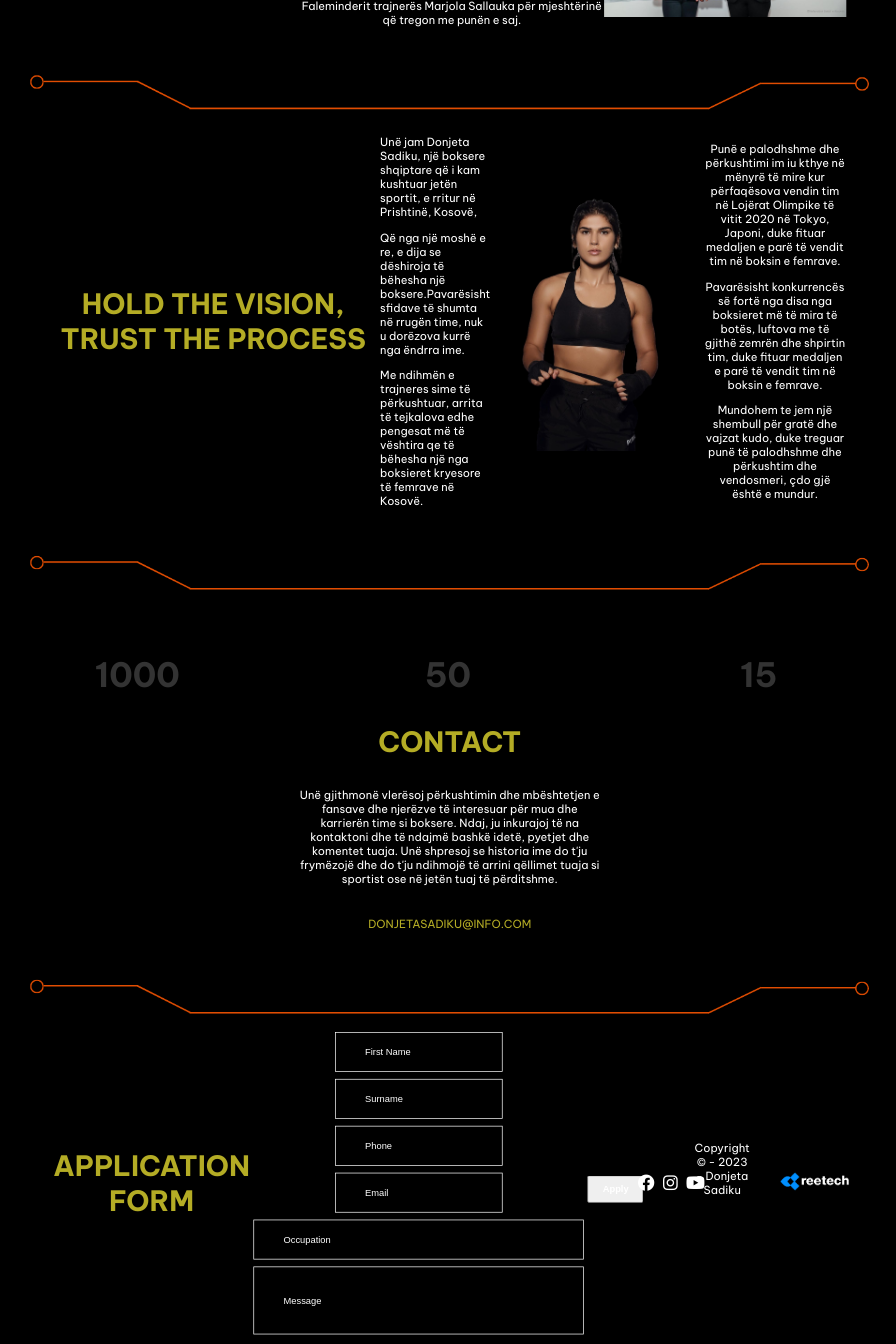
Repository: milot-morina/ds-boxing
Page: DS-Portfolio/index.html
The author's editor kept a copy of each file at every save. The page is drawn from the files as they stood at one save, then again after the next save.
The browser window is 1280 px wide. The pictures show the part of the page from y = 1635 to 3555 px (the page is 3555 px tall before and 3544 px after), at 70% of full size.
A picture or video elsewhere on the page could not be fetched, so the positions and the page height are approximate.

Above is the page before, as saved 2023-03-21 08:44:18.

### DS-Portfolio/index.html
<!DOCTYPE html>
<html lang="en">
<head>
  <meta charset="UTF-8">
  <meta http-equiv="X-UA-Compatible" content="IE=edge">
  <meta name="viewport" content="width=device-width, initial-scale=1.0">
  <title>Donjeta Sadiku</title>
  <link rel="stylesheet" href="style.css">
  <link rel="stylesheet" href="https://cdnjs.cloudflare.com/ajax/libs/font-awesome/6.0.0-beta2/css/all.min.css" integrity="sha512-YWzhKL2whUzgiheMoBFwW8CKV4qpHQAEuvilg9FAn5VJUDwKZZxkJNuGM4XkWuk94WCrrwslk8yWNGmY1EduTA==" crossorigin="anonymous" referrerpolicy="no-referrer" />
  <link rel="icon" href="logofinal.png" type="image/icon type" style="width: 100%;">
  <link href="https://fonts.googleapis.com/css2?family=Be+Vietnam+Pro:wght@400;500;700&display=swap" rel="stylesheet">
</head>
<body>

  <section class="section1" id="home">
    <video muted autoplay loop style="pointer-events: none;">
      <source src="DS-Glitch.mp4" type="video/mp4">
    </video>
    <header class="hidden3">
      <div class="container">
        <nav class="navbar">
          <div class="brand-title">
            <img src="unitetiLogoFinal.png" alt="" width="130px">
          </div>
          <a href="#" class="toggle-button">
            <span class="bar"></span>
            <span class="bar"></span>
            <span class="bar"></span>
          </a>
          <div class="navbar-links">
            <ul>
              <li><a href="#home" class="home-btn">HOME</a></li>
              <li><a href="#club" class="header-club">CLUB</a></li>
              <li><a href="#contact" class="header-link a">CONTACT</a></li>
              <li><a href="#form" class="header-link a">FORM</a></li>
            </ul>
            <div class="socials">
            <i class="fa-brands fa-facebook"><a href="https://www.youtube.com/watch?v=dQw4w9WgXcQ"></a></i>
            <i class="fa-brands fa-instagram"></i>
            <i class="fa-brands fa-youtube"></i>
            <i class="fa-brands fa-app-store-ios"></i>
          </div>
          </div>

        </nav>
      </div>
    </header>
  </section>


  <img src="separator2.png" alt="" width="100%" style="margin-top: 40px;" class="first-seperator">


  <section class="section2 container row" id="club">

    <div class="images hidden2">
      <img src="handsUp.jpg" alt="">
    </div>
    <div class="text hidden">
      <p class="section-h hidden3">HISTORIA SHKRUHET!</p>
      <p class="section2-p hidden3">Nuk ka fjalë për t'u shprehur se sa krenare isha për të përfaqësuar vendin tim në skenën dhe për të marrë medalje ne kete nivel. Ishte një ndjenjë e mrekullueshme të përfaqësosh vendin tënd dhe të ndjehesh si një ambasador i saj në arenën nderkombetare.</p>
      <p class="section2-p hidden3">Në çdo moment të kësaj përvojeje, isha e mbuluar nga emocionet për rëndësinë që kjo ngjarje kishte për popullin tim dhe për boksierët shqiptarë. Nuk ishte thjesht një fitore personale, por ishte një fitore që përfaqësoi përparimin e boksi shqiptar dhe mundësinë e një të ardhme të ndritshme për sportin në vendin tonë.</p>
      <p class="section2-p hidden3">Kur mora medaljen olimpike, ndjeva një ndjenjë të thellë krenarie dhe një ndjesi të vërtetë prej triumfi. Ishte si të isha i gjithë vendlindja ime, duke festuar këtë arritje të madhe me mua. Nuk mund të mendoja për ndonjë gjë më të rëndësishme në atë moment, dhe do të mbaj gjithmonë këtë kujtim në zemrën time.</p>

    </div>

  </section>

  <img src="separator2.png" alt="" width="100%" style="margin-top: 30px;">


  <section class="section3 container">
    <p class="section-h">MEDALJET FLASIN VET!</p>
   <div class="row">
    <div class="text hidden2">
      <p>Viti me i suksesshem ne karrieren time . Solla dy medalje nje evropiane e një botërore. Dëshmova që une Donjeta Sadiku nuk dorërzohem asnjëher përkundrazi nuk kam dyshuar asnjëherë në veten time, mirpo tani po ndihem e kompletuar nën udhëheqjen e trajneres time Marjola Sallauka .</p>
      <p>Tash e tutje luftoj vetëm për medalje Olimpike. Unë besoj në vetën time dhe ju premtoj që me përkrahjen tuaj unë do ti realizoj këto synime . Faleminderit për përkrahje familjes time, Federatës së Boksit. Faleminderit trajnerës Marjola Sallauka për mjeshtërinë që tregon me punën e saj.</p>
    </div>
    <div class="images hidden">
      <img src="DplusMar.jpg" alt="" style="max-width: 640px;">
    </div>
   </div>

  </section>








  <img src="separator2.png" alt="" width="100%" style="margin-top: 30px;">




  <section class="section4 container" id="nft">
    <p class="section-h hidden3">HOLD THE VISION, TRUST THE PROCESS</p>
    <div class="row">
      <div class="text hidden2" style="text-align: left">
        <p>Unë jam Donjeta Sadiku, një boksere shqiptare që i kam kushtuar jetën sportit, e rritur në Prishtinë, Kosovë,
        </p>
        <p>Që nga një moshë e re, e dija se dëshiroja të bëhesha një boksere.Pavarësisht sfidave të shumta në rrugën time, nuk u dorëzova kurrë nga ëndrra ime.
        </p>
        <p>Me ndihmën e trajneres sime të përkushtuar, arrita të tejkalova edhe pengesat më të vështira qe të bëhesha një nga boksieret kryesore të femrave në Kosovë.</p>
      </div>
      <div class="hidden3">
        <div class="column">
          <img src="profilePic.png" alt="" style="width: 300px;">
          <!-- <img src="shadow.png" alt="" style="width: 300px;"> -->
        </div>
      </div>
      <div class="text hidden">
        <p>Punë e palodhshme dhe përkushtimi im iu kthye në mënyrë të mire kur përfaqësova vendin tim në Lojërat Olimpike të vitit 2020 në Tokyo, Japoni, duke fituar medaljen e parë të vendit tim në boksin e femrave.</p>
        <p>Pavarësisht konkurrencës së fortë nga disa nga boksieret më të mira të botës, luftova me të gjithë zemrën dhe shpirtin tim, duke fituar medaljen e parë të vendit tim në boksin e femrave.
        </p>
        <p>
          Mundohem te jem një shembull për gratë dhe vajzat kudo, duke treguar punë të palodhshme dhe përkushtim dhe vendosmeri, çdo gjë është e mundur.
        </p>
      </div>
    </div>

  </section>

  <img src="separator2.png" alt="" width="100%" style="margin-top: 30px;">

  <section class="section4 container" id="nft">
    <div>
      <h2>Projects Completed:</h2>
      <div class="number-counter" data-count="1000">0</div>
    </div>
    <div>
      <h2>Number of Employees:</h2>
      <div class="number-counter" data-count="50">0</div>
    </div>
    <div>
      <h2>Years of Experience:</h2>
      <div class="number-counter" data-count="15">0</div>
    </div>
  </section>


  <section class="section5 container" id="contact">
    <div class="text">
      <p class="section-h">CONTACT</p>
      <p>Unë gjithmonë vlerësoj përkushtimin dhe mbështetjen e fansave dhe njerëzve të interesuar për mua dhe karrierën time si boksere. Ndaj, ju inkurajoj të na kontaktoni dhe të ndajmë bashkë idetë, pyetjet dhe komentet tuaja. Unë shpresoj se historia ime do t'ju frymëzojë dhe do t'ju ndihmojë të arrini qëllimet tuaja si sportist ose në jetën tuaj të përditshme.</p>
      <p style="color: #B4AC25; margin-top: 45px;">DONJETASADIKU@INFO.COM</p>
    </div>
  </section>






 <img src="separator2.png" alt="" width="100%" style="margin-top: 30px;">

  <section class="section6 container" id="form">
    <div class="text">
      <p class="section-h">APPLICATION FORM</p>
    </div>
    <form action="#">
      <div class="form-row">
        <input type="text" placeholder="First Name">
        <input type="text"placeholder="Surname">
      </div>
      <div class="form-row">
        <input type="text" placeholder="Phone">
        <input type="email" placeholder="Email">
      </div>
      <div class="long-inputs-form">
        <input type="text" placeholder="Occupation"><br>
        <input type="text" placeholder="Message" style="padding-block: 40px;">
      </div>
    </form>
    <button class="home-btn">Apply</button>
    <div class="socials" style="margin-block: 40px;">
      <a href="https://www.facebook.com/your-page"><i class="fa-brands fa-facebook"></i></a>
      <a href="https://www.instagram.com/donjetasadikuofficial/"><i class="fa-brands fa-instagram"></i></a>
      <a href="https://www.youtube.com/channel/your-channel"><i class="fa-brands fa-youtube"></i></a>
      <!-- <a href="https://apps.apple.com/your-app"><i class="fa-brands fa-app-store-ios"></i></a> -->
    </div>


    <div class="text" style="margin-bottom: 40px;">
      <p>Copyright © - 2023 - Donjeta Sadiku </p>
    </div>


    <div style="background-color: rgba(0, 0, 0, 0.2); display: flex; justify-content: center; align-items: center;">
      <a class="navbar-brand" href="https://www.reetech.ch/">
        <img src="reetech.png" width="185" height="105" class="d-inline-block align-top" alt="">
      </a>
    </div>

  </section>




  <script src="script.js"></script>
</body>
</html>

### DS-Portfolio/style.css
html {
  scroll-behavior: smooth;
  transition: 2s;
  overflow-x: hidden;
}

body {
  text-align: center;
  overflow-x: hidden;
  font-family: 'Be Vietnam Pro', sans-serif;
}

/* header----*/
section {
  display: flex;
  justify-content: space-between;
  align-items: center;
}

.number-counter {
  font-size: 3rem;
  font-weight: bold;
  color: #333;
}





header {
  background-color: transparent;
  width: 100%;
  position: absolute;
  top: 0;
  left: 0;

  z-index: 100;
}


.navbar {
  display: flex;
  flex-direction: column;
  justify-content: space-between;
  align-items: flex-start;
  color: black;
}



.navbar-links {
  width: 100%;
  display: none;
}

.navbar-links ul {
  margin: 0;
  padding: 0;
  display: flex;
  flex-direction: column;
  width: 100%;
  text-align: center;
}

.navbar-links li {
  list-style: none;
  font-size: 15px;

}

.navbar-links li a {
  text-decoration: none;
  color: white;

  display: block;
}


.toggle-button {
  position: absolute;
  top: .75rem;
  right: 1rem;
  display: flex;
  flex-direction: column;
  justify-content: space-between;
  width: 31px;
  height: 21px;
}

.bar {
  width: 100%;
  height: 3px;
  background-color: white;
  border-radius: 10px;
}

.navbar-links.active {
  display: flex;
  flex-direction: column;
  background-color: transparent;
}

i {
  color: white;
}

i:hover {
  color: #B4AC25;
  cursor: pointer;
}



video {
  width: 100%;
  position: relative;
  height: auto;
  pointer-events: none;
  display: none;
}



.socials {
  width: 47%;
  display: block;
  margin: 5px auto;
  text-align: center;
}

i {
  margin-left: 12px;
  font-size: 24px;
}


.header-club {
  color: white;
  padding-inline: 10px;
  margin-top: 5px;
  max-width: 80px;
  display: block;
  margin-inline: auto;
  font-weight: 700;
}


.header-club:hover {
  color: white;
  border-color: #B4AC25;

}

.home-btn {
  color: white;
  padding-inline: 10px;
  margin-top: 5px;
  max-width: 80px;
  display: block;
  margin-inline: auto;
  font-weight: 700;
}

.home-btn:hover {
  color: white;
  border-color: white;
  background-color: transparent;
  cursor: pointer;
}


.header-link {
  color: white;
  padding-inline: 10px;
  margin-top: 5px;
  max-width: 80px;
  display: block;
  margin-inline: auto;
  font-weight: 700;
}

.header-link:hover {
  color: #B4AC25;
}

a {
  position: relative;
}

a::after {
  content: " ";
  position: absolute;
  background-color: #B4AC25;
  height: 3px;
  width: 0;
  left: 0;
  bottom: -10px;
  transition: 0.3s;
}

a:hover::after {
  width: 100%;
}





/*---------------header-----------*/




/*---------------------- collapsible table ------------------------*/

.main-collapsible {
  background-color: transparent;
  color: black;
  width: 100%;
  margin-inline: auto;
  margin-block: 120px 40px;
}



.container-collapsible {
  width: 100%;
  margin: 0 auto;
  display: flex;
  flex-direction: column;
  align-items: center;
}


hr {
  background-color: white;
  width: 90%;
  display: block;
  margin-inline: auto;
}



.collapsible-button {
  background-color: rgb(24, 24, 24);
  color: gray;
  cursor: pointer;
  padding: 5px;
  width: 93%;
  border-bottom: 1px solid white;
  display: flex;
  align-items: center;
  justify-content: space-between;
  text-align: left;
  outline: none;
  font-size: 15px;
  border: none;
}





.button-name-collapsible {
  color: white;
  text-align: left;
  outline: none;
  font-size: 16px;

}


.button-name-collapsible:hover {
  color: #B4AC25;
}



.collapsible-button:after {
  content: '\002B';
  color: white;
  font-weight: bold;
  float: right;
  margin-left: 5px;
  font-size: 24px;
}

.collapsible-button:hover::after{
  color: #B4AC25;
}

.active:after {
  content: "\2212";
}

.content {
  width: 93%;
  max-height: 0;
  overflow: hidden;
  transition: max-height 0.2s ease-out;
  background-color:  rgb(24, 24, 24);
  color: white;
  margin-bottom: 10px;
}

/*---------------------- collapsible table ------------------------*/



/*----------animations------------*/

.hidden {
  opacity: 0;
  filter: blur(2px);
  transform: translateX(60%);
  transition: all 700ms;
}


.hidden2 {
  opacity: 0;
  filter: blur(2px);
  transform: translateX(-60%);
  transition: all 700ms;
}

.hidden3 {
  opacity: 0;
  filter: blur(2px);
  transform: translateY(-5%);
  transition: all .7s;
}



.show {
  opacity: 1;
  filter: blur(0);
  transform: translateX(0);
}


@media(prefers-reduced-motion) {
  .hidden {
    transition: none;
  }
}

/*--------------animations------------------*/


/*---------main---------------*/

body {
  background-color: black;

}


.container {
  width: 90%;
  margin: 0 auto;
}



.first-seperator {
  display: none;
}

@media(min-width: 687px) and (max-width: 900px) {
  .column {
    display: flex;
    flex-direction: column;
    width: 100%;
    margin-left: 28%;
  }
}


.row2 {
  display: flex;
  align-items: center;
  justify-content: space-between;
}

.section2 {
  margin-top: 70px;
}

.section2 img {
  width: 80%;
  max-width: 500px;
  display: block;
  margin-inline: auto;
}

.text {
  color: white;
  max-width: 440px;
  display: block;
  margin-inline: auto;
}

.text p {
  font-weight: 400;
  margin-left: 5px;
}

.text .section-h,
.section-h {
  font-size: clamp(2.15rem, 2.5rem, 3.2rem);
  color: #B4AC25;
  font-weight: 700;
}

.images img {
  max-width: 550px;
  width: 100%;
}

.section3 .images img {
  width: 100%;
}


input {
  background-color: transparent;
  color: white;
  border: 1px solid white;
  padding: 20px 30px;
  margin: 5px;
  max-width: 410px;
}

input::placeholder {
  color: white;
  padding: 12px;
}

.long-inputs-form > input{
  width: 170px;
}

.section6 button{
  margin-top: 17px;
  padding: 10px 20px;
}

.section6 .socials{
  justify-content: center;
}



@media (min-width: 555px) {
  video {
    display: block;
  }

  .long-inputs-form > input{
    width: 470px;
  }

}


@media(min-width: 865px) {


  .toggle-button {
    display: none;
  }

  .navbar {
    flex-direction: row;
    align-items: center;
    justify-content: space-between;
  }

  .navbar-links  {
    display: flex;
    width: 100%;
    align-items: center;
  }

  .navbar-links ul {
    flex-direction: row;
    justify-content: center;
  }

  .navbar-links.active {
    flex-direction: row;
  }

  .socials {
    width: 6%;
    display: flex;
    justify-content: right;
  }

  .header-club {
    margin-left: 14px;
  }

}





@media (min-width: 900px) {
  .row {
    display: flex;
    justify-content: space-between;
    align-items: center;
  }

  .div {
    display: flex;
    justify-content: space-between;
    align-items: center;
    width: 100%;
    margin: 0 auto;
  }


  .long-inputs-form > input{
    width: 470px;
  }

}







/*---------------main-------------*/

### DS-Portfolio/script.js
const toggleButton = document.getElementsByClassName('toggle-button')[0]
const navbarLinks = document.getElementsByClassName('navbar-links')[0]

toggleButton.addEventListener('click', () => {
  navbarLinks.classList.toggle('active')
})

const counters = document.querySelectorAll('.number-counter');
const speed = 100; // the lower the number, the faster the count

counters.forEach(counter => {
  const updateCount = () => {
    const target = +counter.getAttribute('data-count');
    const count = +counter.innerText;
    const inc = target / speed;

    if (count < target) {
      counter.innerText = Math.ceil(count + inc);
      setTimeout(updateCount, 1);
    } else {
      counter.innerText = target;
    }
  }

  updateCount();
});




const observer = new IntersectionObserver((entries) => {
  entries.forEach((entry) => {
    console.log(entry)
    if (entry.isIntersecting) {
      entry.target.classList.add('show')
    } else {
      entry.target.classList.remove('show')
    }
  })
})

const hiddenElements = document.querySelectorAll('.hidden')
const hiddenElements2 = document.querySelectorAll('.hidden2')
const hiddenElements3 = document.querySelectorAll('.hidden3')
hiddenElements.forEach((el) => observer.observe(el))
hiddenElements2.forEach((el) => observer.observe(el))
hiddenElements3.forEach((el) => observer.observe(el))






//collapbsibleTable
let coll = document.getElementsByClassName("collapsible-button");
let i;

for (i = 0; i < coll.length; i++) {
  coll[i].addEventListener("click", function() {
    this.classList.toggle("active");
    let content = this.nextElementSibling;
    if (content.style.maxHeight){
      content.style.maxHeight = null;
    } else {
      content.style.maxHeight = content.scrollHeight + "px";
    }
  });
}

After the next save:
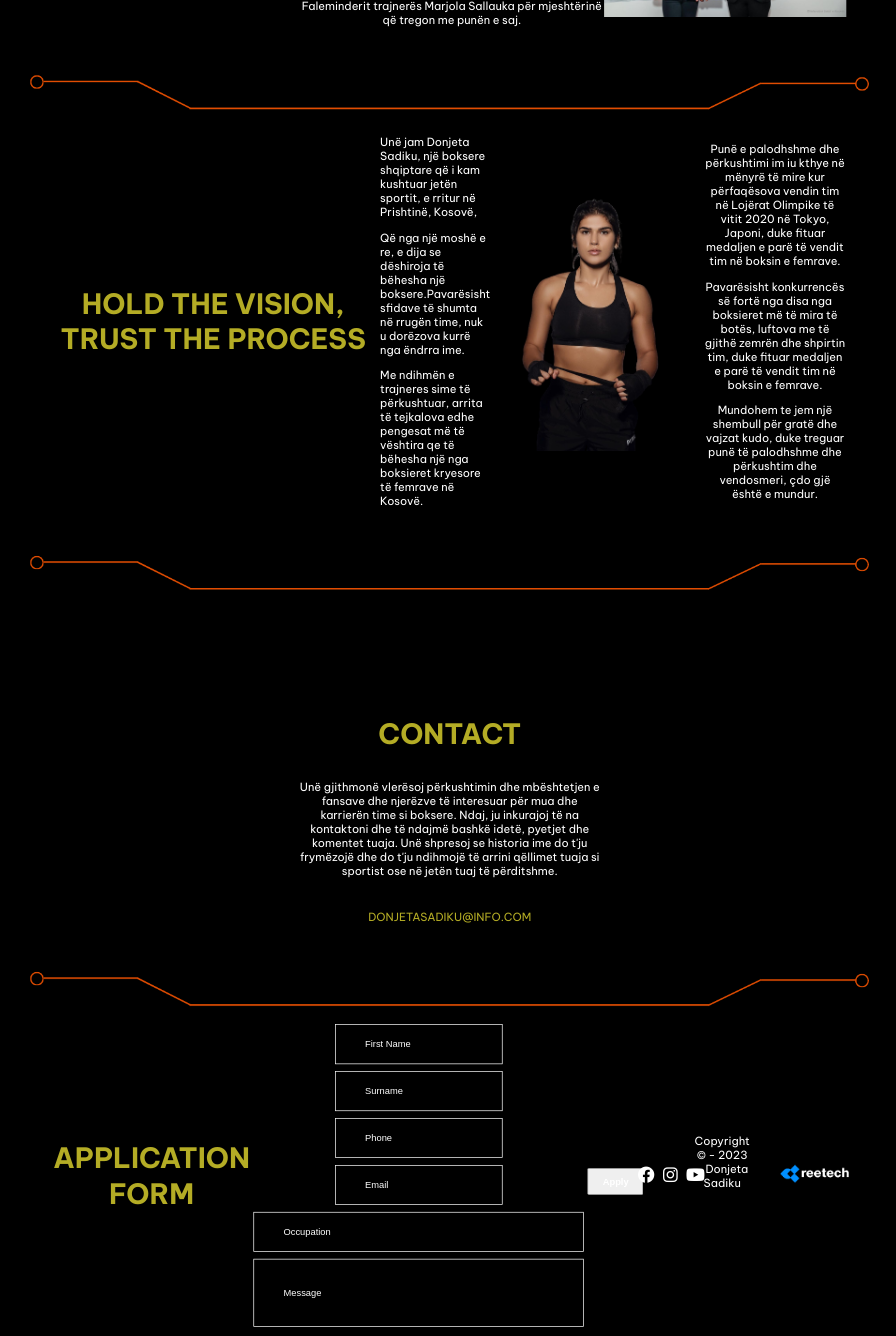
Saved 6 min 30 s later.
--- a/DS-Portfolio/index.html
+++ b/DS-Portfolio/index.html
@@ -125,21 +125,16 @@
 
   <img src="separator2.png" alt="" width="100%" style="margin-top: 30px;">
 
-  <section class="section4 container" id="nft">
-    <div>
-      <h2>Projects Completed:</h2>
-      <div class="number-counter" data-count="1000">0</div>
-    </div>
-    <div>
-      <h2>Number of Employees:</h2>
-      <div class="number-counter" data-count="50">0</div>
-    </div>
-    <div>
-      <h2>Years of Experience:</h2>
-      <div class="number-counter" data-count="15">0</div>
-    </div>
-  </section>
-
+  <section class="one">Section One</section>
+<section class="two">Section Two</section>
+<section class="three">
+  <div class="nums">
+    <div class="num" data-goal="100">0</div>
+    <div class="num" data-goal="500">0</div>
+    <div class="num" data-goal="300">0</div>
+  </div>
+</section>
+<section class="four">Section Four</section>
 
   <section class="section5 container" id="contact">
     <div class="text">
